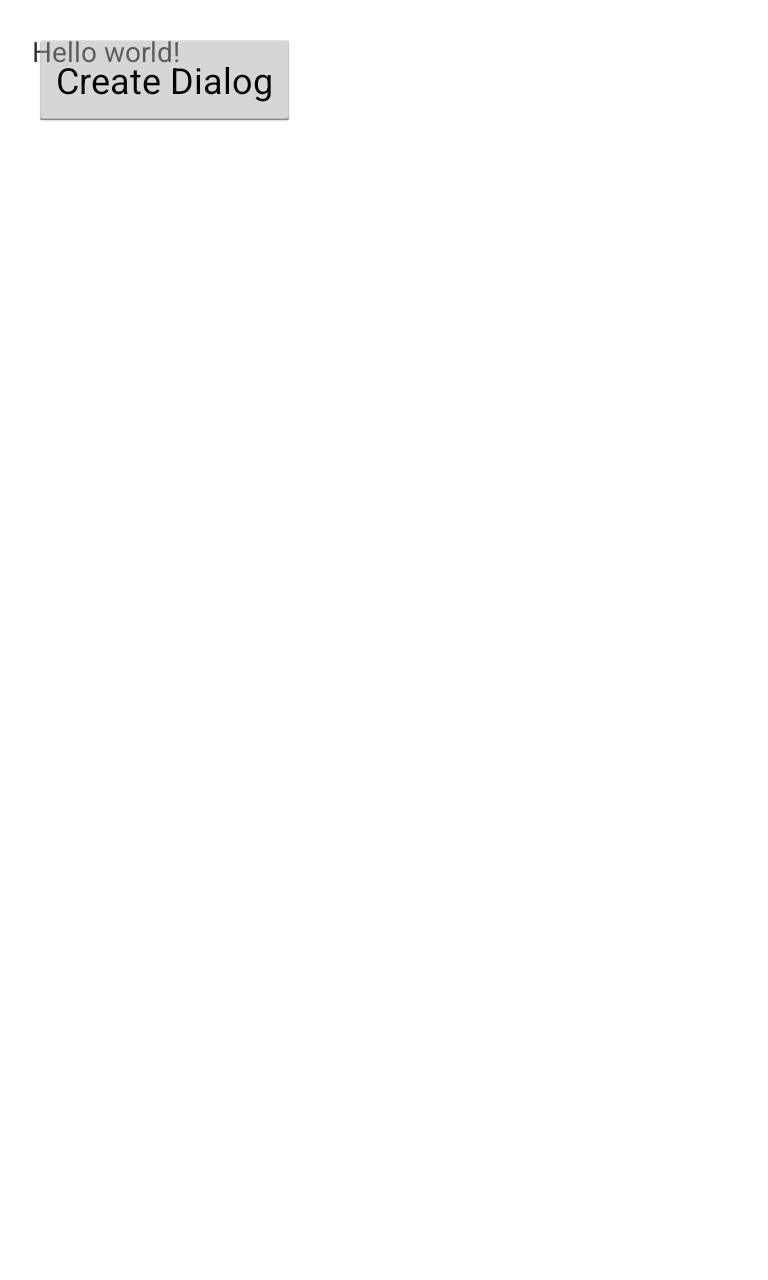
Repository: ericMedeiros93/Android-Dev
Layout: week4_scratch/res/layout/activity_main.xml
These files come from the project's save history. The layout is drawn as it stood at one moment and after the next save; the edit follows.
It is drawn on a 768 x 1280 px phone screen (xhdpi) without system bars, with theme AppTheme; the app's code is not run.

Above is the layout before, as saved 2014-09-24 16:14:31.

### week4_scratch/res/layout/activity_main.xml
<RelativeLayout xmlns:android="http://schemas.android.com/apk/res/android"
    xmlns:tools="http://schemas.android.com/tools"
    android:layout_width="match_parent"
    android:layout_height="match_parent"
    android:paddingBottom="@dimen/activity_vertical_margin"
    android:paddingLeft="@dimen/activity_horizontal_margin"
    android:paddingRight="@dimen/activity_horizontal_margin"
    android:paddingTop="@dimen/activity_vertical_margin"
    tools:context="com.ericmedeiros.week4_scratch.MainActivity" >

    <TextView
        android:id="@+id/tv"
        android:layout_width="wrap_content"
        android:layout_height="wrap_content"
        android:text="@string/hello_world" />

    <Button
        android:layout_width="wrap_content"
        android:layout_height="wrap_content"
        android:layout_below="tv"
        android:id="@+id/btnDialog"
        android:text="Create Dialog"
        android:onClick="showDialog"
        />

</RelativeLayout>

### week4_scratch/res/values/strings.xml
<?xml version="1.0" encoding="utf-8"?>
<resources>

    <string name="app_name">week4_scratch</string>
    <string name="hello_world">Hello world!</string>
    <string name="action_settings">Settings</string>
    <string name="herp">Herp</string>
    <string name="derp">Derp</string>

</resources>

Loaded but not shown: week4_scratch/res/values/styles.xml (common file); week4_scratch/res/values-v11/styles.xml (common file); week4_scratch/res/values-v14/styles.xml (common file); week4_scratch/res/values/dimens.xml (common file); week4_scratch/res/values-w820dp/dimens.xml (common file)

After the next save:
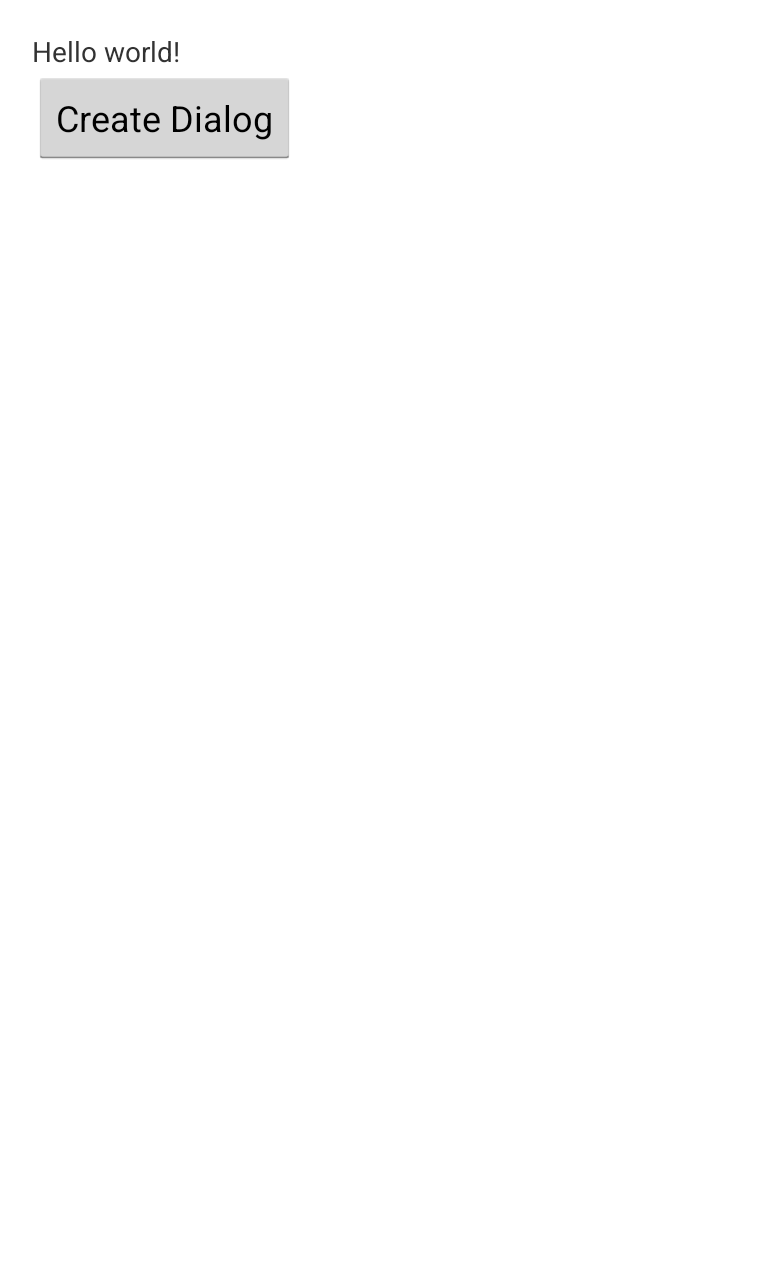
Saved 6 s later.
--- a/week4_scratch/res/layout/activity_main.xml
+++ b/week4_scratch/res/layout/activity_main.xml
@@ -17,7 +17,7 @@
     <Button
         android:layout_width="wrap_content"
         android:layout_height="wrap_content"
-        android:layout_below="tv"
+        android:layout_below="@id/tv"
         android:id="@+id/btnDialog"
         android:text="Create Dialog"
         android:onClick="showDialog"
